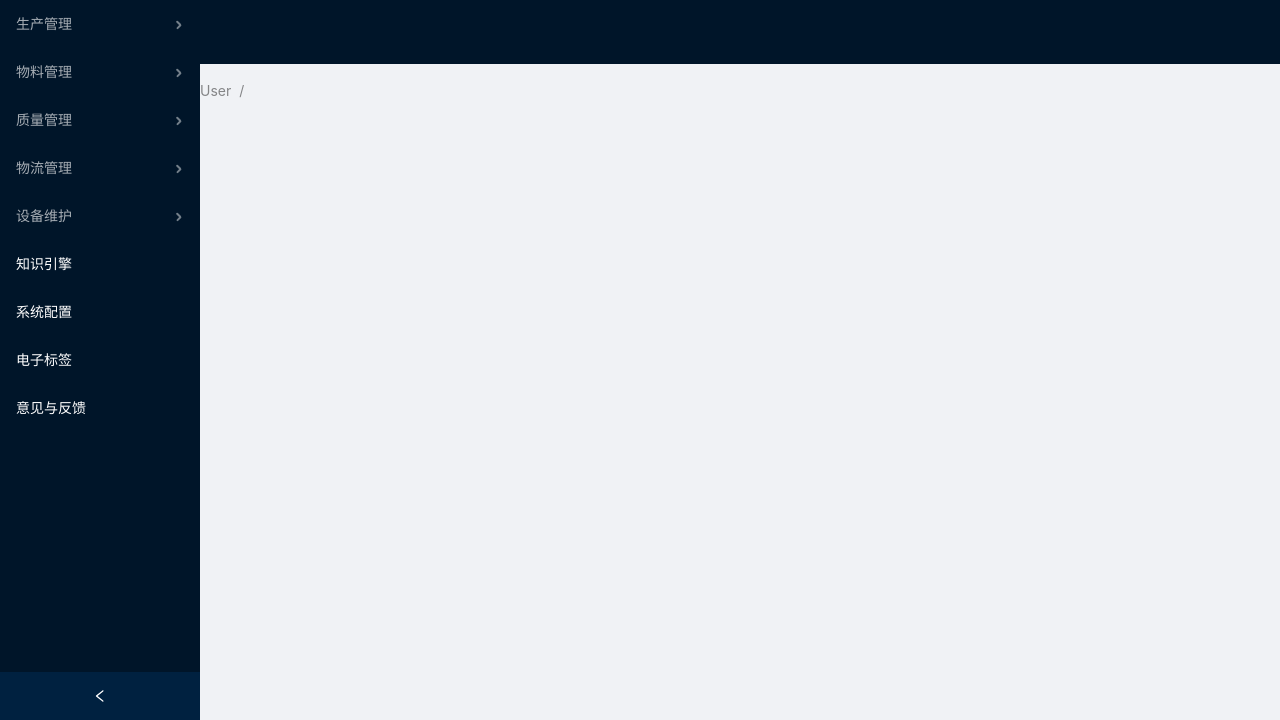
Repository: Vsran/management
Page: /
The author's editor kept a copy of each file at every save. The page is drawn from the files as they stood at one save, then again after the next save.
The browser window is 1280 px wide. The pictures show the whole page.
The project was rebuilt for these pictures with package versions that can differ from the ones it lists, and the page was loaded fresh each time. Also part of the build but not shown: src/routeWithSubRoutes.js.

Above is the page before, as saved 2021-01-19 17:34:14.

### src/index.js
import React from "react";
import ReactDOM from "react-dom";
//import { Provider } from "react-redux";
//import { store } from "./redux/store";
//import "./index.css";
import reportWebVitals from "./reportWebVitals";
import App from "./App";

console.dir('App', App);

//import SiderDemo from './pages/layout';
//import 'antd/dist/antd.css';
//ReactDOM.render(
//  <Provider store={store}>
//    <React.StrictMode>
//      <App />
//    </React.StrictMode>
//  </Provider>,
//  document.getElementById("root")
//);

//ReactDOM.render(
//  <SiderDemo/>,
//  document.getElementById("root")
//);

ReactDOM.render(
  <App/>,
  document.getElementById('root')
);

// If you want to start measuring performance in your app, pass a function
// to log results (for example: reportWebVitals(console.log))
// or send to an analytics endpoint. Learn more: https://bit.ly/CRA-vitals
reportWebVitals();

### src/App.js
import { BrowserRouter as Router, Switch } from "react-router-dom";
import routes from "./router";
import 'antd/dist/antd.css';
import RouteWithSubRoutes from "./routeWithSubRoutes";
import SideBar from "./components/sidebar";
import { Layout, Breadcrumb } from "antd";
const { Header, Content, Footer, Sider } = Layout;

export default function RouteConfig() {
  return (
    <Router>
      <Layout style={{ minHeight: "100vh" }}>
        <SideBar />
        <Layout>
          <Header className='site-layout-background' style={{ padding: 0 }} />
          <Content>
            <Breadcrumb style={{ margin: "16px 0" }}>
              <Breadcrumb.Item>User</Breadcrumb.Item>
              <Breadcrumb.Item>
                {" "}
                <Switch>
                  {routes.map((route, i) => (
                    <RouteWithSubRoutes key={i} {...route} />
                  ))}
                </Switch>
              </Breadcrumb.Item>
            </Breadcrumb>
          </Content>
        </Layout>
      </Layout>
    </Router>
  );
}

### src/router.js
import React from "react";

const routes = [
  {
    path: '/production',
    component: () => <div>生产管理</div>,
    routes: [
      {
        path: '/production/planning',
        component: () => <div>计划工单</div>
      },
      {
        path: '/production/task',
        component: () => <div>生产任务</div>
      },
      {
        path: '/production/panel',
        component: () => <div>生产看板</div>
      },
      {
        path: '/production/sheet',
        component: () => <div>生产报表</div>
      },
      {
        path: '/production/order',
        component: () => <div>销售订单</div>
      },
      {
        path: 'production/history',
        component: () => <div>追溯</div>
      }
    ]
  },
  {
    path: '/material',
    component: () => <div>物料管理</div>,
    routes: [
      {
        path: '/material/request',
        component: () => <div>物料请求</div>
      },
      {
        path: '/material/task',
        component: () => <div>备料任务</div>
      },
      {
        path: '/material/account',
        component: () => <div>现有量查询</div>
      },
      {
        path: '/material/record',
        component: () => <div>记录查询</div>
      },
      {
        path: '/material/panel',
        component: () => <div>物料看板</div>
      },
      {
        path: '/material/sheet',
        component: () => <div>物料报表</div>
      }
    ]
  },
  {
    path: '/quality',
    component: () => <div>质量管理</div>,
    routes: [
      {
        path: '/quality/task',
        component: () => <div>质检任务</div>
      },
      {
        path: '/quality/panel',
        component: () => <div>质检看板</div>
      },
      {
        path: '/quality/sheet',
        component: () => <div>质检报表</div>
      }
    ]
  },
  {
    path: '/distribution',
    component: () => <div>物流管理</div>,
    routes: [
      {
        path: '/distribution/search',
        component: <div>物流查询</div>
      },
      {
        path: '/distribution/record',
        component: <div>记录查询</div>
      }
    ]
  },
  {
    path: '/equipment',
    component: () => <div>设备维护</div>,
    routes: [
      {
        path: '/equipment/state',
        component: () => <div>设备实况</div>
      },
      {
        path: '/equipment/task',
        component: () => <div>维护任务</div>
      },
      {
        path: '/equipment/request',
        component: () => <div>维护请求</div>
      },
      {
        path: '/equipment/management',
        component: () => <div>设备管理</div>
      },
      {
        path: '/equipment/panel',
        component: () => <div>设备看板</div>
      },
      {
        path: '/equipment/sheet',
        component: () => <div>设备报表</div>
      }
    ]
  },
  {
    path: '/engine',
    component: () => <div>知识引擎</div>
  },
  {
    path: '/setting',
    component: () => <div>系统配置</div>
  },
  {
    path: '/esign',
    component: () => <div>电子标签</div>
  },
  {
    path: '/feedback',
    component: () => <div>意见与反馈</div>
  }
];

export default routes;

### src/components/sidebar/index.js
import React from "react";
import { Link } from "react-router-dom";
import { Layout, Menu } from "antd";

const { Sider } = Layout;
const { SubMenu } = Menu;
const menu = [
  {
    name: "生产管理",
    link: "/production",
    children: [
      { name: "生产管理", link: "/production/management" },
      { name: "生产任务", link: "/production/task" },
      { name: "生产看板", link: "/production/panel" },
      { name: "生产报表", link: "/production/sheet" },
      { name: "销售订单", link: "/production/order" },
      { name: "追溯", link: "/production/history" },
    ],
  },
  {
    name: "物料管理",
    link: "/material",
    children: [
      { name: "物料请求", link: "/material/request" },
      { name: "备料任务", link: "/material/task" },
      { name: "现有量查询", link: "/material/account" },
      { name: "记录查询", link: "/material/record" },
      { name: "物料看板", link: "/material/panel" },
      { name: "物料报表", link: "/material/sheet" },
    ],
  },
  {
    name: "质量管理",
    link: "/quality",
    children: [
      { name: "质检任务", link: "/quality/task" },
      { name: "质检看板", link: "/quality/task" },
      { name: "质检报表", link: "/quality/sheet" },
    ],
  },
  {
    name: "物流管理",
    link: "/distribution",
    children: [
      { name: "物流查询", link: "/distribution/search" },
      { name: "记录查询", link: "/distribution/record" },
    ],
  },
  {
    name: "设备维护",
    link: "/equipment",
    children: [
      { name: "设备实况", link: "/equipment/account" },
      { name: "维护任务", link: "/equipment/task" },
      { name: "维护请求", link: "/equipment/request" },
      { name: "设备管理", link: "/equipment/management" },
      { name: "设备看板", link: "/equipment/panel" },
      { name: "设备报表", link: "/equipment/sheet" },
    ],
  },
  {
    name: "知识引擎",
    link: "/engine",
  },
  {
    name: "系统配置",
    link: "/setting",
  },
  {
    name: "电子标签",
    link: "/esign",
  },
  {
    name: "意见与反馈",
    link: "/feedback",
  },
];

export default class SideBar extends React.Component {
  state = {
    collapsed: false,
  };

  onCollapse = (collapsed) => {
    console.log(collapsed);
    this.setState({ collapsed });
  };
  render() {
    const { collapsed } = this.state;
    return (
      <Sider collapsible collapsed={collapsed} onCollapse={this.onCollapse}>
        <div className='logo' />
        <Menu theme='dark'>
          {menu.map((outerItem, index) => {
            if (!outerItem.children) {
              return <SubMenuWithLink {...outerItem} key={index} />;
            } else {
              return (
                <SubMenu key={`sub${index}`} title={outerItem.name}>
                  {outerItem.children.map((innerItem, i) => (
                    <SubMenuWithLink {...innerItem} key={i} />
                  ))}
                </SubMenu>
              );
            }
          })}
        </Menu>
      </Sider>
    );
  }
}
console.log(SideBar);

function SubMenuWithLink({ ...props }) {
  let { name, link, key } = props;
  console.log(name, link, key);
  return (
    <Menu.Item key={key}>
      <Link to={link}>{name}</Link>
    </Menu.Item>
  );
}

Loaded but not shown: public/index.html (common file); src/reportWebVitals.js (common file)

After the next save:
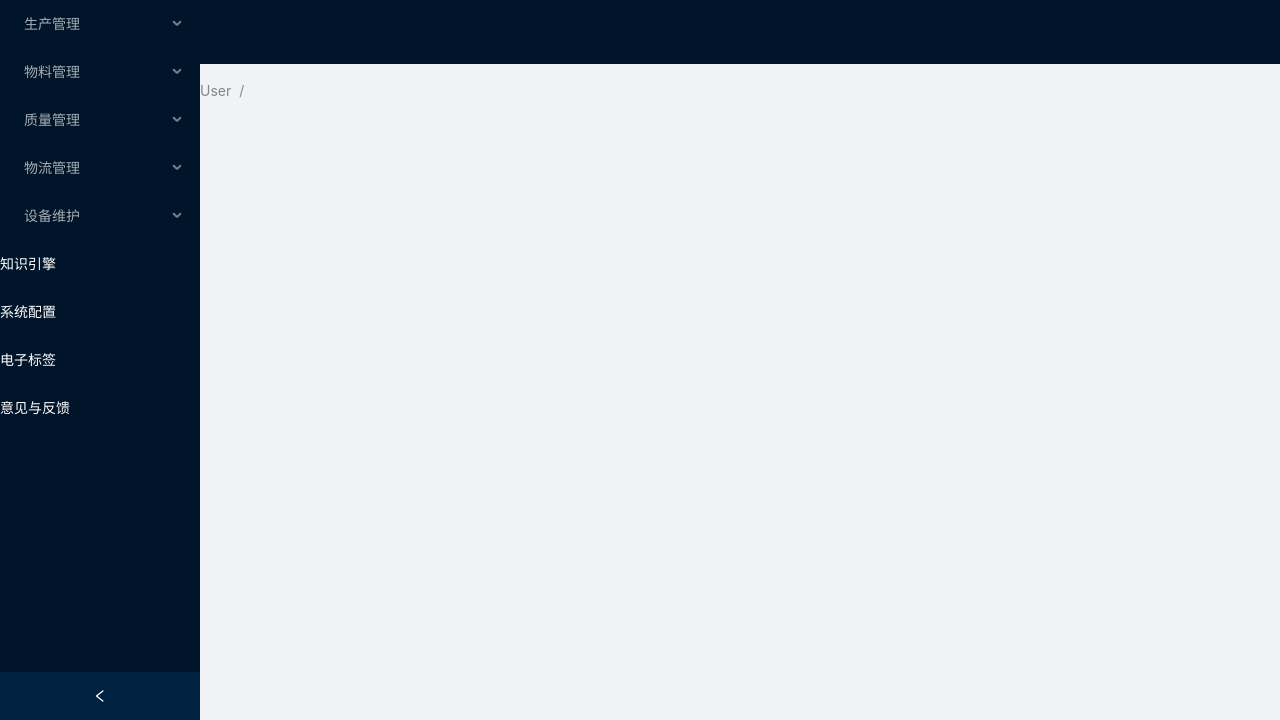
Saved 32 s later.
--- a/src/components/sidebar/index.js
+++ b/src/components/sidebar/index.js
@@ -90,7 +90,7 @@ export default class SideBar extends React.Component {
     return (
       <Sider collapsible collapsed={collapsed} onCollapse={this.onCollapse}>
         <div className='logo' />
-        <Menu theme='dark'>
+        <Menu theme='dark' defaultSelectedKeys={['1']} mode='inline'>
           {menu.map((outerItem, index) => {
             if (!outerItem.children) {
               return <SubMenuWithLink {...outerItem} key={index} />;
